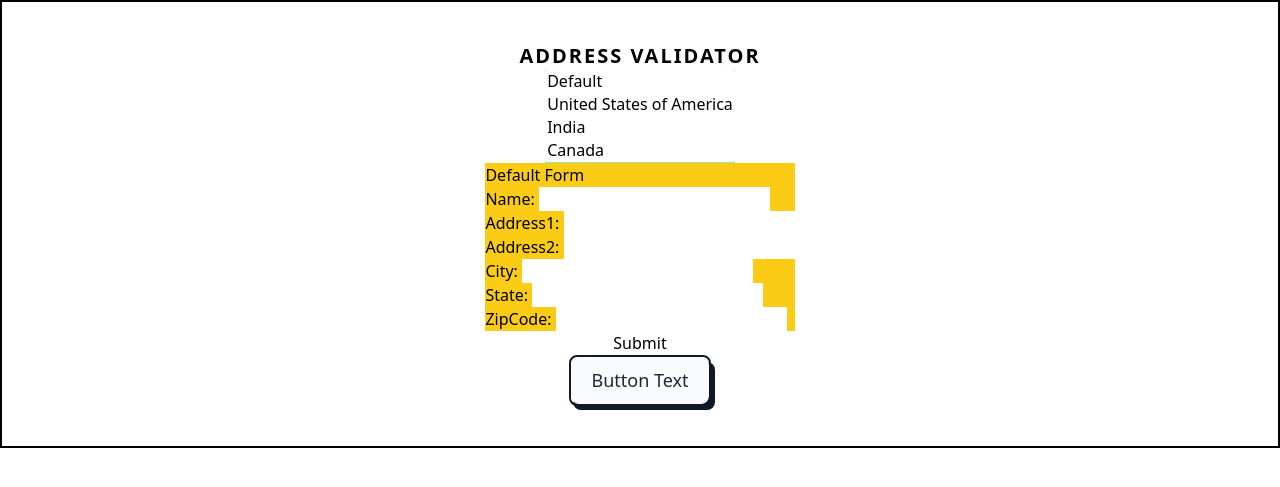
Repository: jay-singhvi/SWArchDesign_TeamProject
Page: / (app in frontend/address-validation/)
These files come from the project's save history. The page is drawn as it stood at one moment and after the next save; the edit follows.
The browser window is 1280 px wide. The pictures show the whole page.
The project was rebuilt for these pictures with package versions that can differ from the ones it lists, and the page was loaded fresh each time. Also part of the build but not shown: frontend/address-validation/src/App.css.

Above is the page before, as saved 2023-03-07 13:57:01.

After the next save:
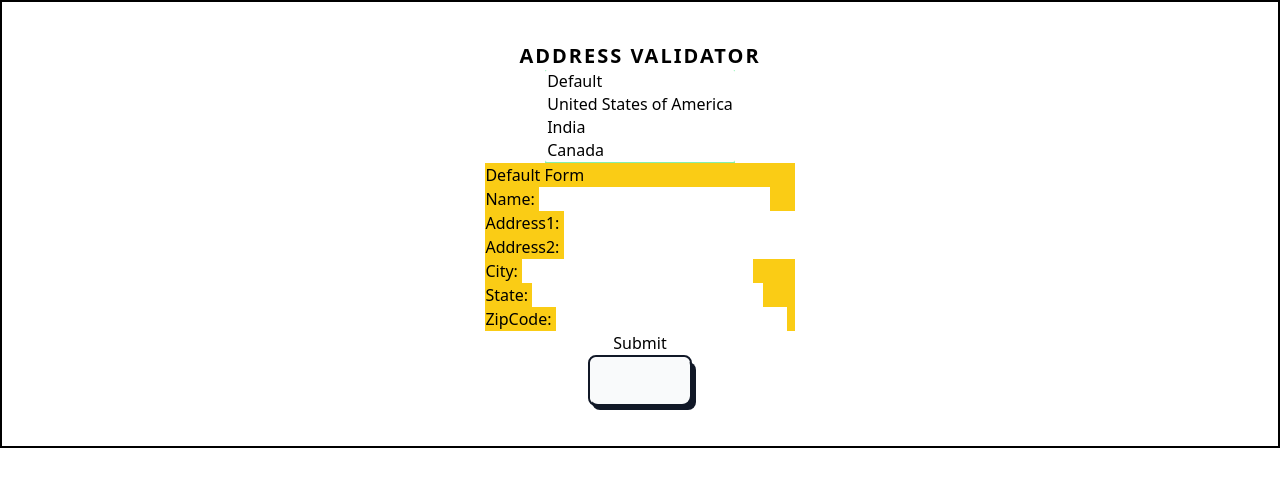
Saved 12 s later.
--- a/frontend/address-validation/src/App.js
+++ b/frontend/address-validation/src/App.js
@@ -161,7 +161,9 @@ function App() {
 <span class="relative z-10 block px-5 py-3 overflow-hidden font-medium leading-tight text-gray-800 transition-colors duration-300 ease-out border-2 border-gray-900 rounded-lg group-hover:text-white">
 <span class="absolute inset-0 w-full h-full px-5 py-3 rounded-lg bg-gray-50"></span>
 <span class="absolute left-0 w-48 h-48 -ml-2 transition-all duration-300 origin-top-right -rotate-90 -translate-x-full translate-y-12 bg-gray-900 group-hover:-rotate-180 ease"></span>
-<span class="relative">Button Text</span>
+<button type="submit" onClick={findAddress}>
+          Submit
+        </button>
 </span>
 <span class="absolute bottom-0 right-0 w-full h-12 -mb-1 -mr-1 transition-all duration-200 ease-linear bg-gray-900 rounded-lg group-hover:mb-0 group-hover:mr-0" data-rounded="rounded-lg"></span>
 </a>
